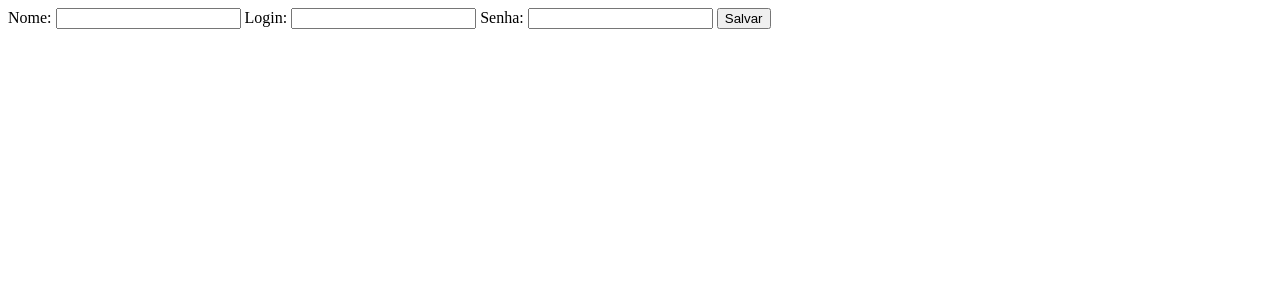
Repository: NielterBrennoCirqueira/EstudoJava
Page: http://localhost/CJWeb1/frmusuario.jsp
These files come from the project's save history. The page is drawn as it stood at one moment and after the next save; the edit follows.
The browser window is 1280 px wide. The pictures show the whole page.
The page is served by Tomcat 9.

Above is the page before, as saved 2019-03-05 20:13:05.

After the next save:
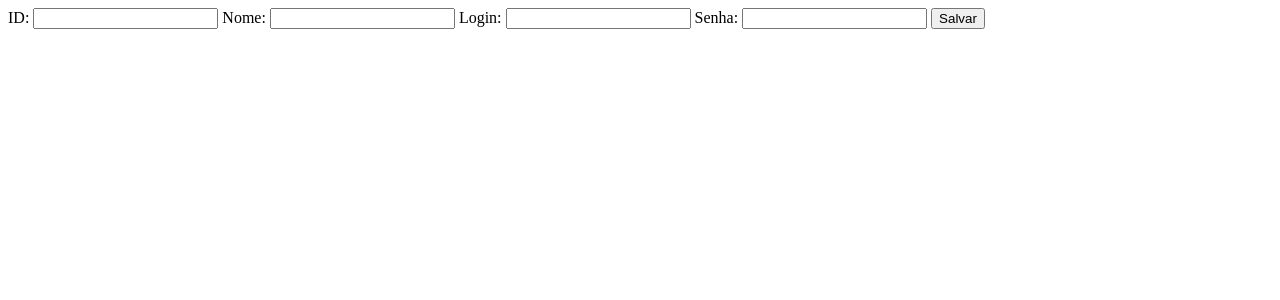
Saved 3 s later.
--- a/AulaJavaBasico/CJWeb1/WebContent/frmusuario.jsp
+++ b/AulaJavaBasico/CJWeb1/WebContent/frmusuario.jsp
@@ -7,6 +7,10 @@
 <body>
 
 	<form action="usucontroller.do" method="post">
+
+		<label>ID: </label>
+		<input type="text" name="txtid" value="" size="20"/>
+
 		<label>Nome: </label>
 		<input type="text" name="txtnome" value="" size="20"/>
 
